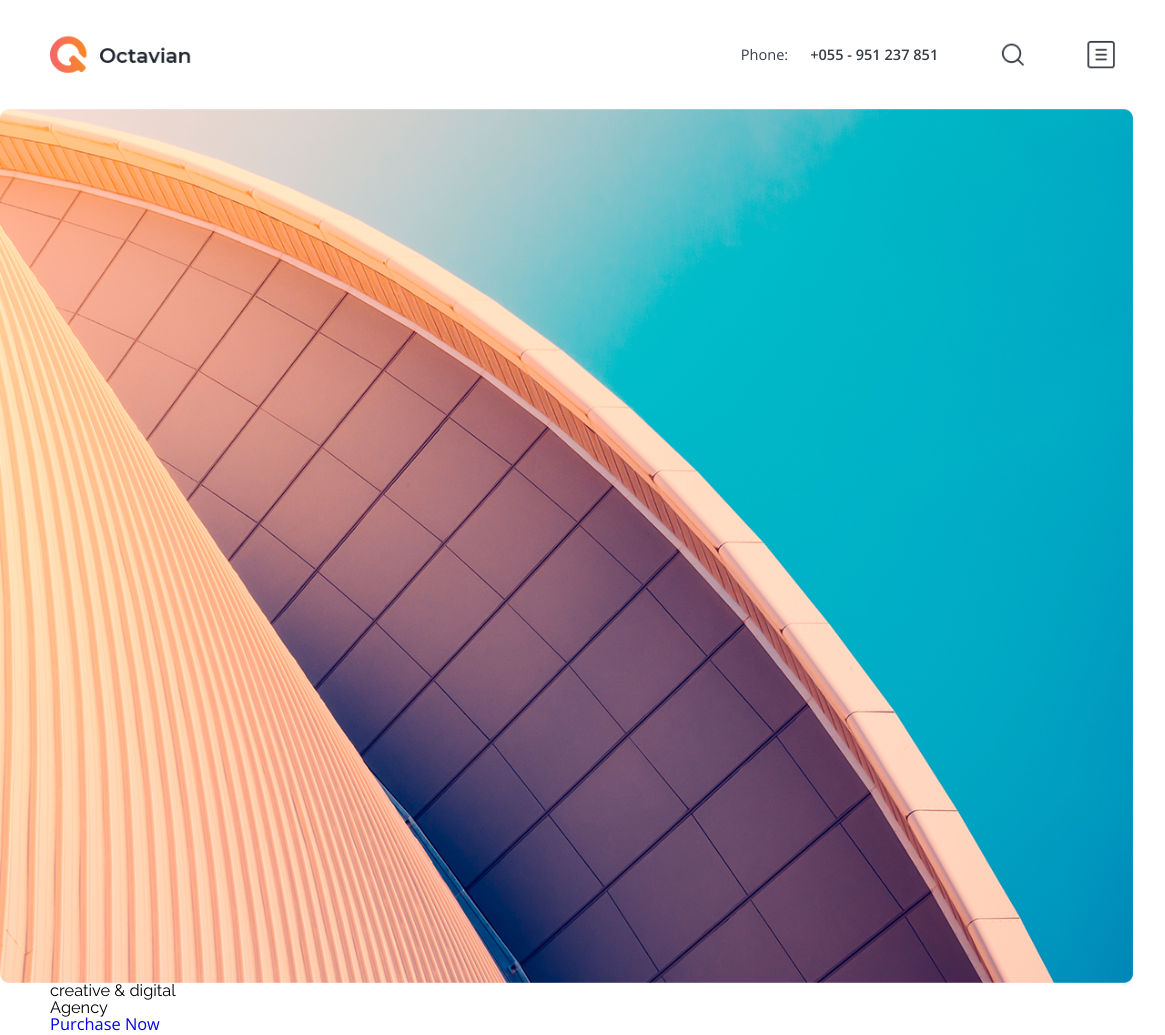
Repository: huydev0401/octavian-1
Page: index.html
These files come from the project's save history. The page is drawn as it stood at one moment and after the next save; the edit follows.
The browser window is 1280 px wide. The pictures show the whole page, at 91% of full size.
The style sheet was rebuilt from its Sass, Less or Tailwind sources for each picture, by a compiler version that may differ from the author's.

Above is the page before, as saved 2021-09-02 13:39:46.

### index.html
<!DOCTYPE html>
<html lang="en">
  <head>
    <meta charset="UTF-8" />
    <meta http-equiv="X-UA-Compatible" content="IE=edge" />
    <meta name="viewport" content="width=device-width, initial-scale=1.0" />
    <title>Octavian 1</title>
    <link rel="preconnect" href="https://fonts.googleapis.com">
    <link rel="preconnect" href="https://fonts.gstatic.com" crossorigin>
    <link
        href="https://fonts.googleapis.com/css2?family=Open+Sans:ital,wght@0,300;0,400;0,600;1,700&family=Raleway:wght@400;600;700;800&display=swap"
        rel="stylesheet">
    <link href="https://unpkg.com/ionicons@4.5.10-0/dist/css/ionicons.min.css" rel="stylesheet">
    <link rel="stylesheet" href="./css/app.css">
  </head>
  <body>
    <div class="wrapper">
        <header class="header">
            <div class="container">
                <div class="header-main">
                    <a href="index.html" class="header-logo">
                        <img src="./images/logo.png" alt="">
                    </a>
                    <div class="navigation">
                        <span class="header-phone">
                            Phone: <a href="tel: +055 - 951 237 851">+055 - 951 237 851</a>
                        </span>
                        <img src="./images/icon-search.png" alt="" class="icon-search">
                        <img src="./images/icon-bars.png" alt="" class="menu-toogle">
                    </div>
                </div>
            </div>
        </header>
        <main class="main">
            <div class="hero">
                <img src="./images/img1.png" alt="" class="hero-image">
                <div class="container">
                    <div class="hero-content">
                        <h2 class="hero-caption">
                            creative & digital
                        </h2>
                        <h1 class="hero-heading">
                            Agency
                        </h1>
                        <a href="#" class="hero-link">Purchase Now</a>
                    </div>
                </div>
            </div>
        </main>
    </div>
  </body>
</html>

### scss/app.scss
@import "variables";
@import "reset";
@import "base";
@import "header";
@import "hero";

### scss/_variables.scss
$primary-font: "Open Sans", sans-serif;
$secondary-font: "Raleway", sans-serif;
$gray: #393e46;
$gray-dark: #282f3a;
$gray-darkest: #252b36;
$gray-light: #6a727f;
$gray-lightest: #f8f8f9;
$blue-color: #4a44f2;

### scss/_base.scss
*,
*:before,
*:after {
  box-sizing: border-box;
}
/* using rem unit */
html {
  font-size: 62.5%;
  scroll-behavior: smooth;
}
a {
  text-decoration: none;
}
img {
  display: block;
  max-width: 100%;
}
body {
  font-family: $primary-font;
  font-size: 18px;
  line-height: 1;
}
input,
button,
textarea,
select {
  outline: none;
  font-family: "Poppins", sans-serif;
  font-size: 16px;
  line-height: 1;
}
input {
  line-height: normal;
}
button {
  cursor: pointer;
}

.wrapper {
  max-width: 1920px;
  margin: 0 auto;
}

.container {
  max-width: 1200px;
  margin: 0 auto;
  padding-left: 15px;
  padding-right: 15px;
}

h1,
h2,
h3,
h4,
h5,
h6 {
  font-family: $secondary-font;
}

### scss/_header.scss
.header {
  &-main {
    padding: 40px 0;
    display: flex;
    align-items: center;
    justify-content: space-between;
  }
  &-logo {
    display: inline-block;
  }
  &-phone {
    display: inline-block;
    font-size: 16px;
    font-weight: 300;
    color: $gray;
    a {
      font-weight: 600;
      color: inherit;
      margin-left: 20px;
    }
  }
}

.navigation {
  display: flex;
  align-items: center;
  gap: 0 70px;
}

### scss/_hero.scss
.hero {
  &-images {
    margin-left: auto;
  }
}

Loaded but not shown: scss/_reset.scss (common file)

After the next save:
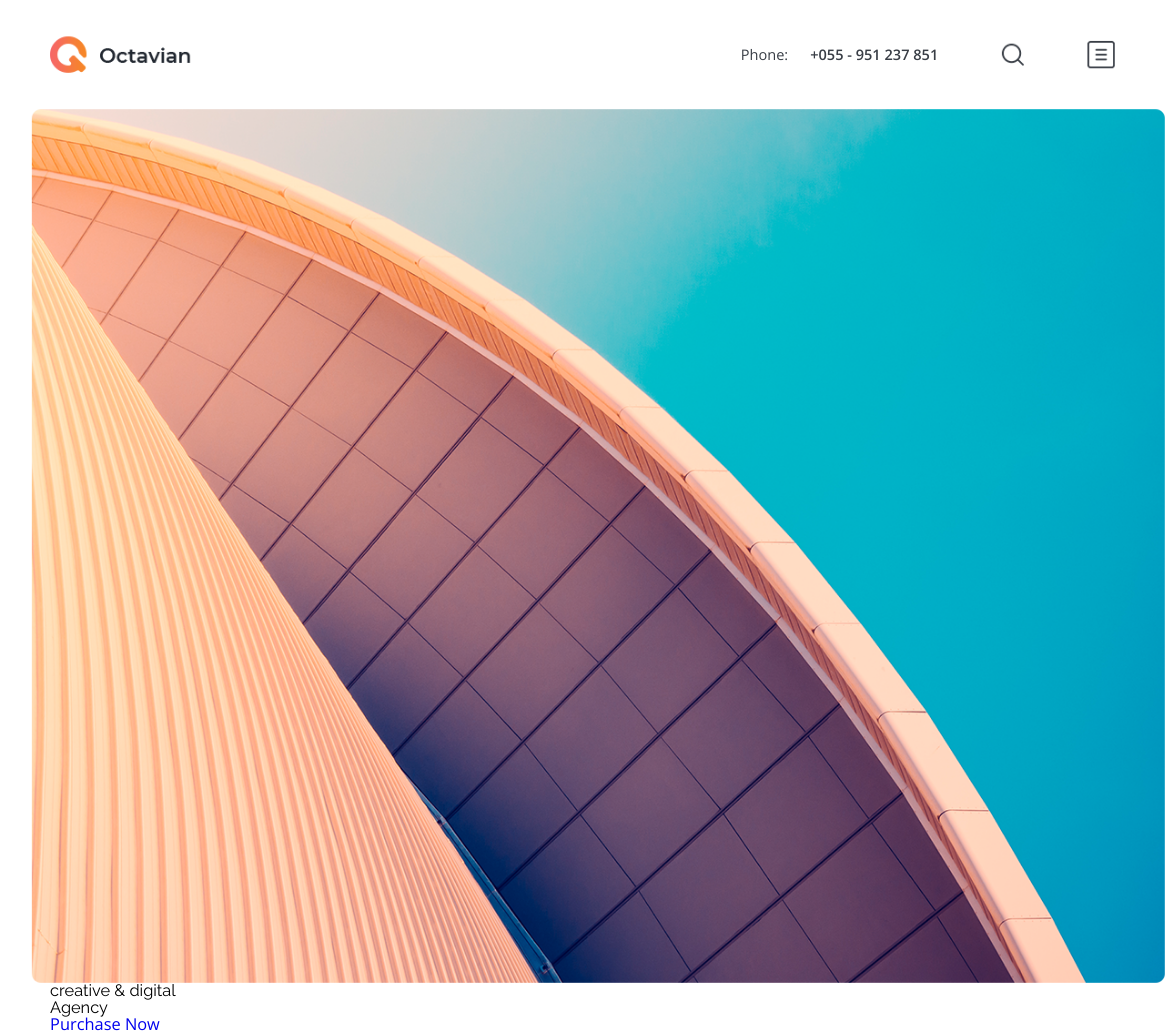
Saved 9 s later.
--- a/scss/_hero.scss
+++ b/scss/_hero.scss
@@ -1,5 +1,5 @@
 .hero {
-  &-images {
+  &-image {
     margin-left: auto;
   }
 }
